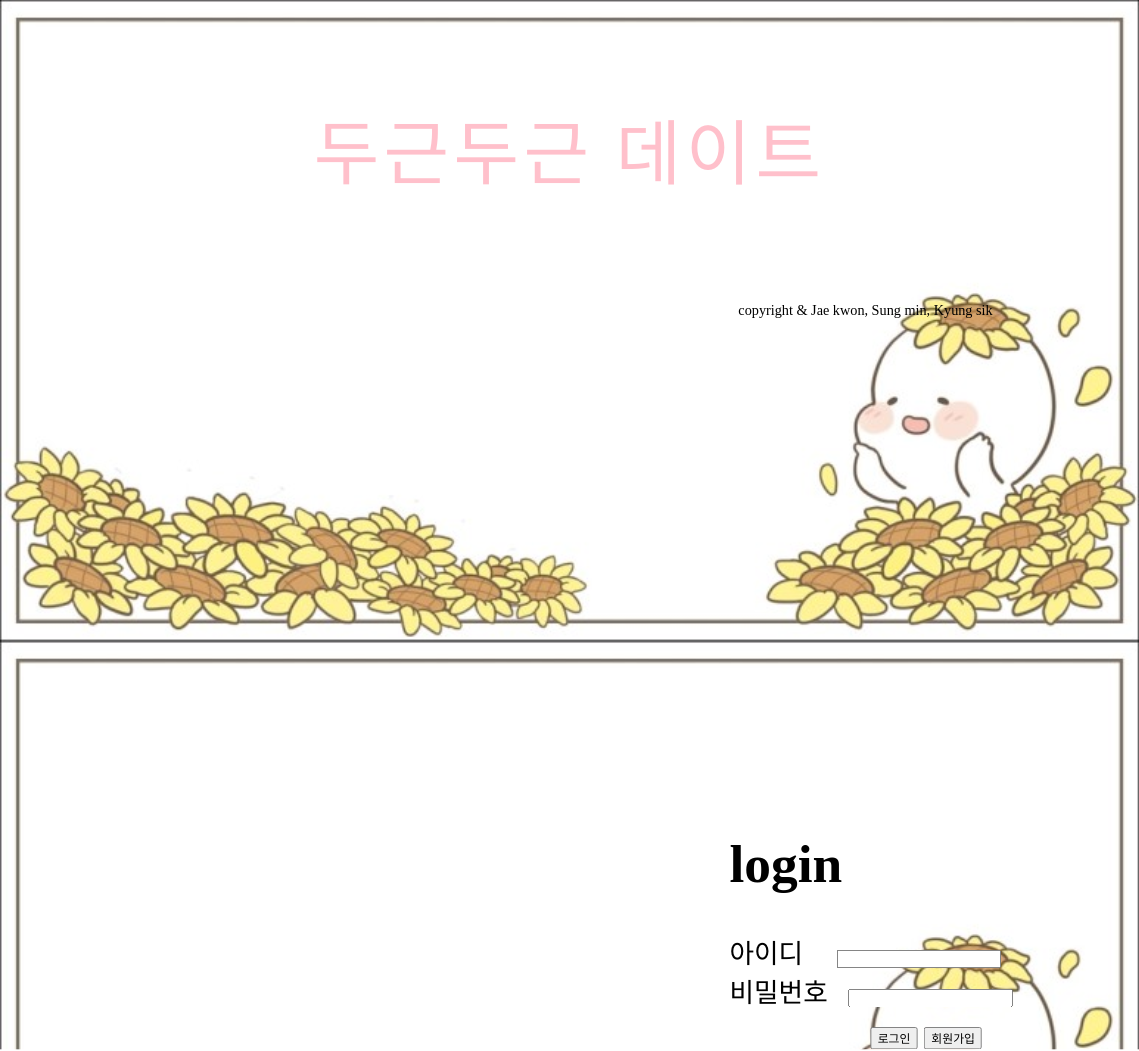
Repository: pinokio531/date_application
Page: http://localhost/doogeunDate/indexPage.jsp
The author's editor kept a copy of each file at every save. The page is drawn from the files as they stood at one save, then again after the next save.
The browser window is 1280 px wide. The pictures show the whole page, at 89% of full size.
Some web fonts or font styles are not loaded; a fallback is used. The page is served by Tomcat 9.

Above is the page before, as saved 2019-06-04 09:55:30.

After the next save:
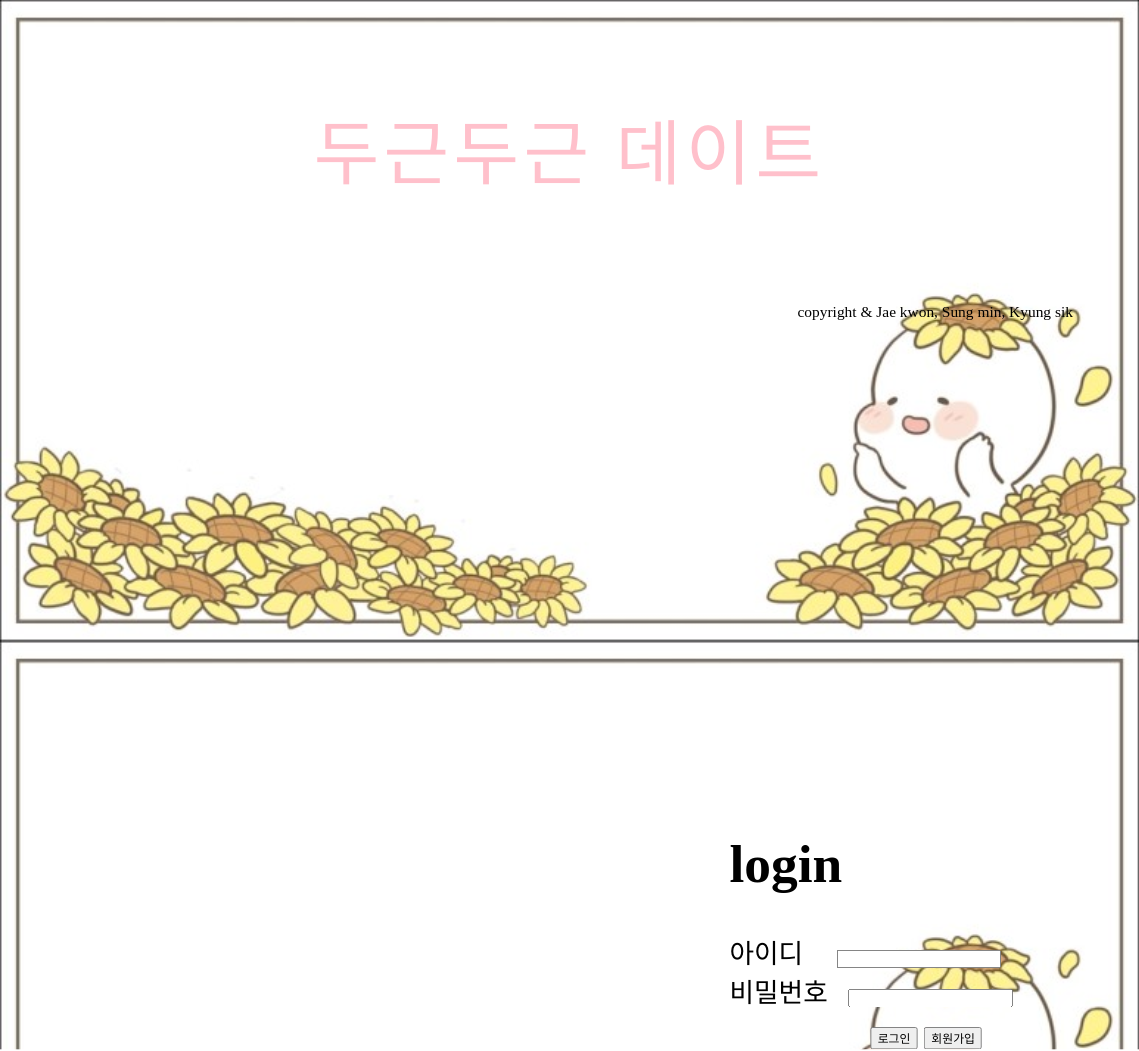
Saved 12 s later.
--- a/doogeunDate/WebContent/style/index.css
+++ b/doogeunDate/WebContent/style/index.css
@@ -22,8 +22,7 @@ body{
     height: 80%;
 }
 
-.footer{
-    padding-top: 100px;
+footer{
     text-align: center;
     font-size: 13pt;
 }
